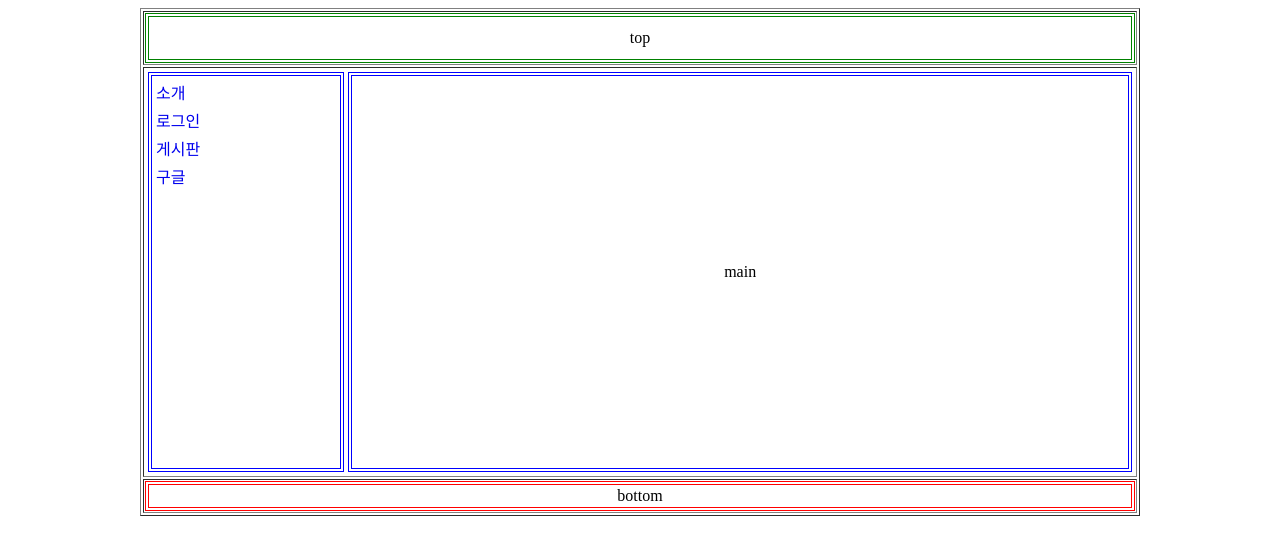
Repository: Kojonghoon/Workspace_java
Page: http://localhost/20221228/ajax/news/index.jsp?menu=info
An editor plug-in stored every save of this project. The page is shown before and after the next save, followed by the edit.
The browser window is 1280 px wide. The pictures show the whole page.
The page is served by Tomcat 9. Other server files are loaded and not shown.

Above is the page before, as saved 2023-02-10 02:13:59.

### 20221228/src/main/webapp/ajax/news/index.jsp
<%@ page language="java" contentType="text/html; charset=UTF-8"
    pageEncoding="UTF-8"%>
<!DOCTYPE html>
<html lang="ko">
  <head>
    <meta charset="UTF-8" />
    <meta http-equiv="X-UA-Compatible" content="IE=edge" />
    <meta name="viewport" content="width=device-width, initial-scale=1.0" />
    <title>게시판</title>
    <style>
        a{
            text-decoration: none;
        }
    </style>
  </head>
  <body>
    <!-- 태그는 중첩해서 사용이 가능하다. 크기는 %로 주는것이 좋다. 가변성에 대응-->
    <table border="1" align="center" width="1000px">
      <tr>
        <td width="100%" height="50px">
          <!-- top start -->
		  <%@ include file="top.jsp" %>
          <!-- top end -->
        </td>
      </tr>
      <tr>
        <td>
          <!-- menu start -->
          <table>
            <tr>
              <td width="200px" height="400px">
                <table border="1" bordercolor="blue" width="100%" height="100%">
                  <tr valign="top">
                    <td>
                      <table>
                        <tr>
                          <td><a href="#" style="text-decoration: none;">소개</a></td>
                        </tr>
                        <tr>
                          <td><a href="#">로그인</a></td>
                        </tr>
                        <tr>
                          <td><a href="#">게시판</a></td>
                        </tr>
                        <tr>
                          <td><a href="http://www.google.com">구글</a></td>
                        </tr>
                      </table>
                    </td>
                  </tr>
                </table>
              </td>
              <!-- menu end -->
              <!-- main start -->
              <td width="800px" height="400px">
                <table border="1" bordercolor="blue" width="100%" height="100%">
                  <td align="center">main</td>
                </table>
              </td>
            </tr>
          </table>
          <!-- main  end-->
        </td>
      </tr>
      <tr>
        <!-- bottom start -->
		<%@ include file="bottom.jsp" %>
    	<!-- bottom end -->
      </tr>
    </table>
  </body>
</html>

### 20221228/src/main/webapp/ajax/news/top.jsp
<%@ page language="java" contentType="text/html; charset=UTF-8"
	pageEncoding="UTF-8"%>
<table border="1" width="100%" height="100%" bordercolor="green">
	<tr>
		<td align="center">top</td>
	</tr>
</table>

### 20221228/src/main/webapp/ajax/news/bottom.jsp
<%@ page language="java" contentType="text/html; charset=UTF-8"
	pageEncoding="UTF-8"%>
<td width="1000px" height="30px">
	<table border="1" width="100%" height="100%" bordercolor="red">
		<tr>
			<td align="center">bottom</td>
		</tr>
	</table>
</td>

### 20221228/src/main/webapp/ajax/news/menu.jsp
<%@ page language="java" contentType="text/html; charset=UTF-8"
	pageEncoding="UTF-8"%>
<table>
	<tr>
		<td width="200px" height="400px">
			<table border="1" bordercolor="blue" width="100%" height="100%">
				<tr valign="top">
					<td>
						<table>
							<tr>
								<td><a href="#" style="text-decoration: none;">소개</a></td>
							</tr>
							<tr>
								<td><a href="#">로그인</a></td>
							</tr>
							<tr>
								<td><a href="#">게시판</a></td>
							</tr>
							<tr>
								<td><a href="http://www.google.com">구글</a></td>
							</tr>
						</table>

After the next save:
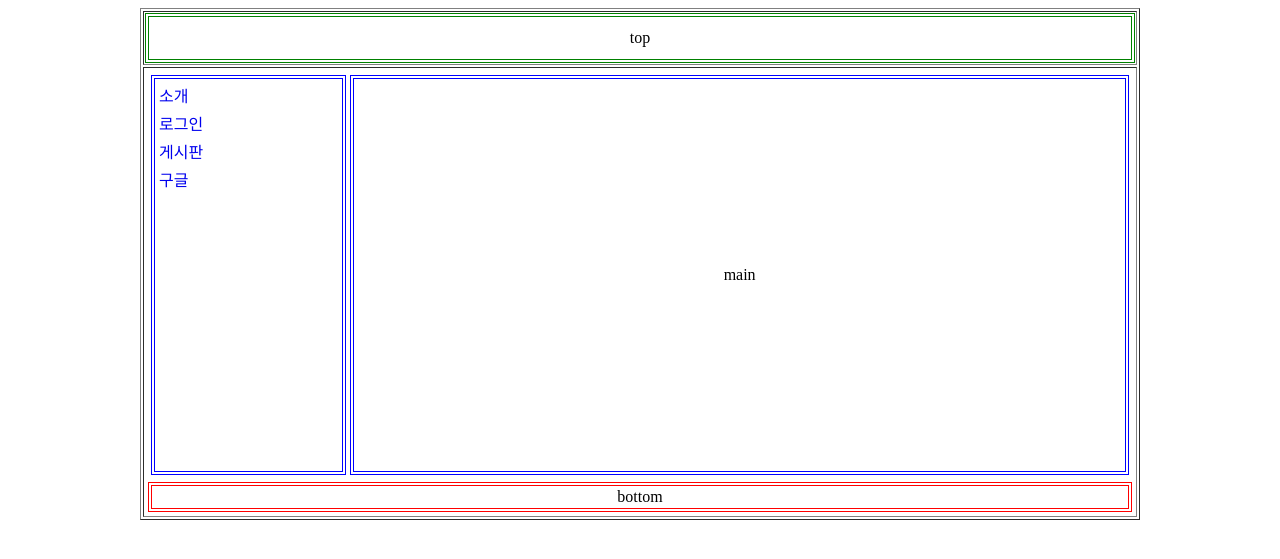
Saved 2 min 23 s later.
--- a/20221228/src/main/webapp/ajax/news/index.jsp
+++ b/20221228/src/main/webapp/ajax/news/index.jsp
@@ -25,32 +25,16 @@
       </tr>
       <tr>
         <td>
-          <!-- menu start -->
           <table>
             <tr>
+          <!-- menu start -->
               <td width="200px" height="400px">
-                <table border="1" bordercolor="blue" width="100%" height="100%">
-                  <tr valign="top">
-                    <td>
-                      <table>
-                        <tr>
-                          <td><a href="#" style="text-decoration: none;">소개</a></td>
-                        </tr>
-                        <tr>
-                          <td><a href="#">로그인</a></td>
-                        </tr>
-                        <tr>
-                          <td><a href="#">게시판</a></td>
-                        </tr>
-                        <tr>
-                          <td><a href="http://www.google.com">구글</a></td>
-                        </tr>
-                      </table>
+                <%@ include file="menu.jsp" %>
                     </td>
                   </tr>
+              <!-- menu end -->
                 </table>
               </td>
-              <!-- menu end -->
               <!-- main start -->
               <td width="800px" height="400px">
                 <table border="1" bordercolor="blue" width="100%" height="100%">

After the save that followed:
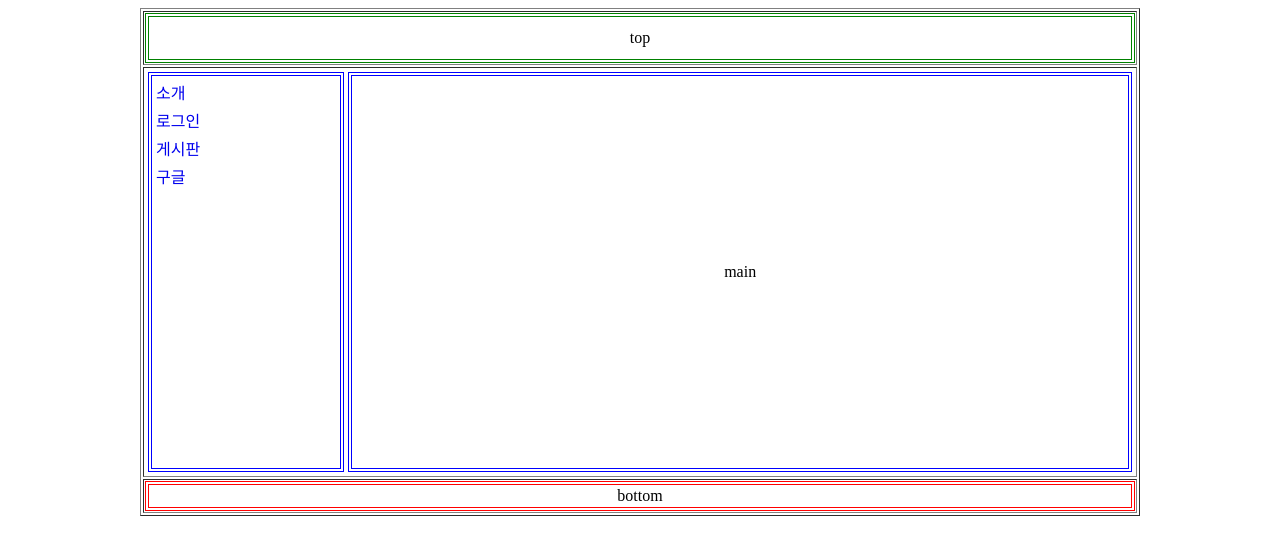
Saved 3 s later.
--- a/20221228/src/main/webapp/ajax/news/menu.jsp
+++ b/20221228/src/main/webapp/ajax/news/menu.jsp
@@ -1,22 +1,20 @@
 <%@ page language="java" contentType="text/html; charset=UTF-8"
 	pageEncoding="UTF-8"%>
-<table>
-	<tr>
-		<td width="200px" height="400px">
-			<table border="1" bordercolor="blue" width="100%" height="100%">
-				<tr valign="top">
-					<td>
-						<table>
-							<tr>
-								<td><a href="#" style="text-decoration: none;">소개</a></td>
-							</tr>
-							<tr>
-								<td><a href="#">로그인</a></td>
-							</tr>
-							<tr>
-								<td><a href="#">게시판</a></td>
-							</tr>
-							<tr>
-								<td><a href="http://www.google.com">구글</a></td>
-							</tr>
-						</table>
+
+<table border="1" bordercolor="blue" width="100%" height="100%">
+	<tr valign="top">
+		<td>
+			<table>
+				<tr>
+					<td><a href="#" style="text-decoration: none;">소개</a></td>
+				</tr>
+				<tr>
+					<td><a href="#">로그인</a></td>
+				</tr>
+				<tr>
+					<td><a href="#">게시판</a></td>
+				</tr>
+				<tr>
+					<td><a href="http://www.google.com">구글</a></td>
+				</tr>
+			</table>
